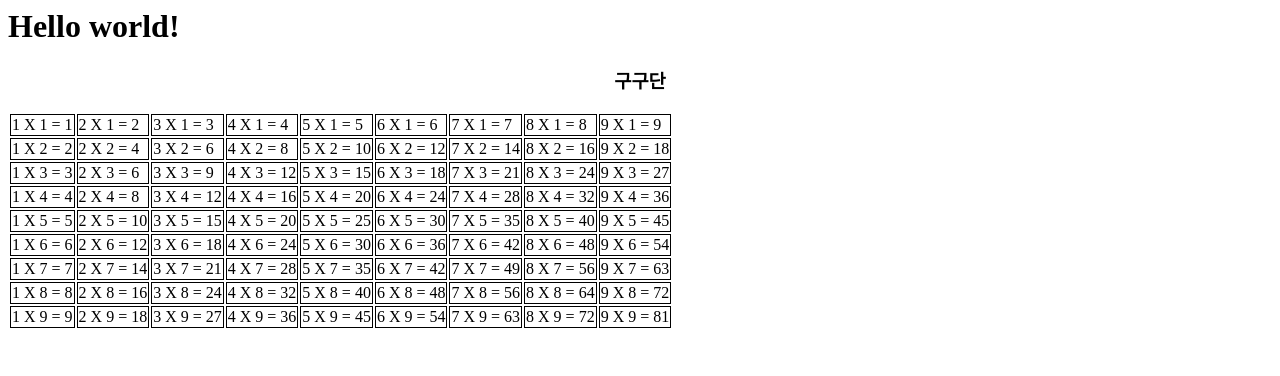
Repository: dhwngjs01/3-1_Spring_Server_Programming
Page: http://localhost/20230314_1to10/gugudan
The author's editor kept a copy of each file at every save. The page is drawn from the files as they stood at one save, then again after the next save.
The browser window is 1280 px wide. The pictures show the whole page.
The page is served by Tomcat 9.

Above is the page before, as saved 2023-03-14 05:44:09.

After the next save:
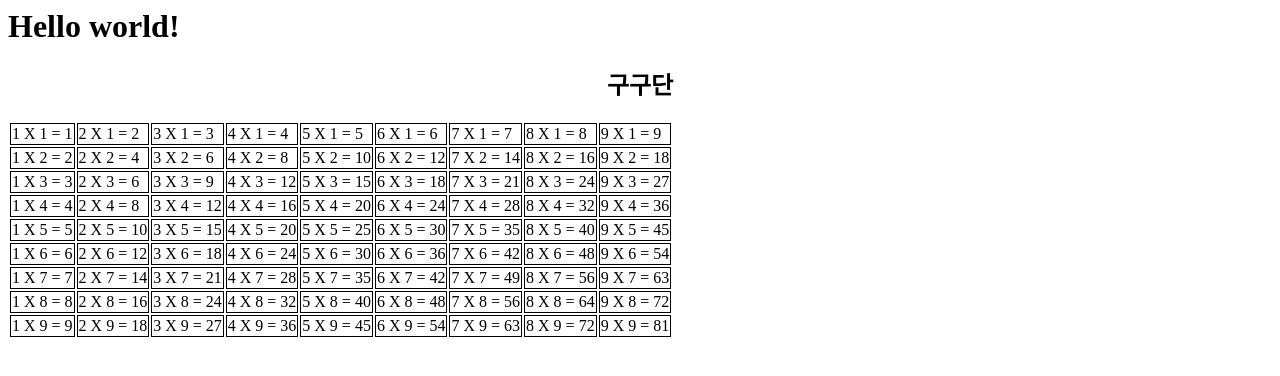
Saved 12 s later.
--- a/20230314_1to10/src/main/webapp/WEB-INF/views/gugudan.jsp
+++ b/20230314_1to10/src/main/webapp/WEB-INF/views/gugudan.jsp
@@ -6,7 +6,7 @@
 </head>
 <body>
 	<h1>Hello world!</h1>
-	<h3 style="text-align:center;">구구단</h3>
+	<h2 style="text-align:center;">구구단</h2>
 	<table>
 		<tbody>
 			<% for(int i = 1; i <= 9; i++){ %>
